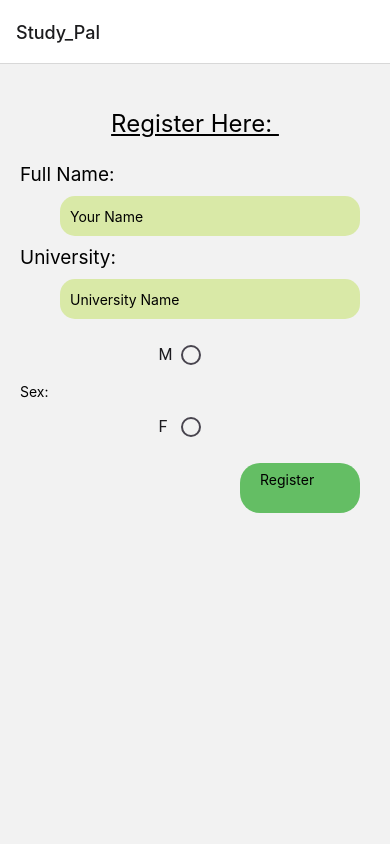
Repository: abdurehmanali611/Study-Pal
Screen: /
These files come from the project's save history. The screen is drawn as it stood at one moment and after a run of saves; the edit follows.
The app was drawn by React Native's web renderer in a window 390 px wide. The project was rebuilt for these pictures with package versions that can differ from the ones it lists, and the page was loaded fresh each time. Also part of the build but not shown: Front_Pages/Home.js, Screens/Softwareeng.js, Screens/Computersci.js, Screens/Informationsci.js, Screens/Informationtech.js, Screens/Softwarecards.js, Screens/Computercards.js, Screens/Sciencecards.js and 4 more.

Above is the screen before, as saved 2024-01-23 22:14:31.

### App.js
import { createStackNavigator } from "@react-navigation/stack";
import { NavigationContainer } from "@react-navigation/native";
import Sign_Up from "./Front_Pages/Sign_Up";
import Home from "./Front_Pages/Home";
import Softwareeng from "./Screens/Softwareeng";
import Computersci from "./Screens/Computersci";
import Informationsci from "./Screens/Informationsci";
import Informationtech from "./Screens/Informationtech";
import Softwarecards from "./Screens/Softwarecards";
import Computercards from "./Screens/Computercards";
import Sciencecards from "./Screens/Sciencecards";
import Technologycards from "./Screens/Technologycards";
import About_Us from "./Profile_pages/About_Us";
import Contacts from "./Profile_pages/Contacts";
import Setting from "./Profile_pages/Setting";

const stack = createStackNavigator();

const App = () => {

  return  <NavigationContainer>
       <stack.Navigator initialRouteName="Sign">
       <stack.Screen name="Sign" component={Sign_Up} options={{title: 'Study_Pal'}} />
       <stack.Screen name ="Home" component={Home} options={{title: 'Study_Pal'}}/>
       <stack.Screen name="software" component={Softwareeng} options={{title: 'Study_Pal'}}/>
       <stack.Screen name="softwarecard" component={Softwarecards} options={{title: 'Study_Pal'}}/>
       <stack.Screen name="computer" component={Computersci} options={{title: 'Study_Pal'}}/>
       <stack.Screen name="computercard" component={Computercards} options={{title: 'Study_Pal'}}/>
       <stack.Screen name="information" component={Informationsci} options={{title: 'Study_Pal'}}/>
       <stack.Screen name="informationcard" component={Sciencecards} options={{title: 'Study_Pal'}}/>
       <stack.Screen name="technology" component={Informationtech} options={{title: 'Study_Pal'}}/>
       <stack.Screen name="technologycard" component={Technologycards} options={{title: 'Study_Pal'}}/>
       <stack.Screen name="about" component={About_Us} options={{title: 'Study_Pal'}}/>
       <stack.Screen name="contact" component={Contacts} options={{title: 'Study_Pal'}}/>
       <stack.Screen name="setting" component={Setting} options={{title: 'Study_Pal'}}/>
       </stack.Navigator>
   </NavigationContainer>
}

export default App

### Front_Pages/Sign_Up.js
import { View, Text, TextInput, StyleSheet, ScrollView, TouchableOpacity, Alert } from 'react-native'
import React, { useState, useLayoutEffect } from 'react'
import {RadioButton} from 'react-native-paper'

const Sign_Up = ({navigation}) => {

   const [sex, setSex] = useState('')
   const [name, setName] = useState('')
   const [university, setUniversity] = useState('')

   const register = () => {

      if (name == '' || name.startsWith('_') ) {

        Alert.alert(
            'Invalid Input',
            'You have entered an invalid input',
            [
                {text: 'OK'}
        ]
        )
      }else {
           navigation.navigate('Home')
      }
   }

  return <ScrollView
      showsVerticalScrollIndicator = {false}
      style = {styles.overall}>
         <View style = {styles.title}>
            <Text style = {styles.texttitle}>Register Here: </Text>
         </View>
         <View>
            <Text style = {styles.objecttext}>Full Name: </Text>
            <TextInput
            value={name}
            onChangeText={(newname) => setName(newname)}
            style = {styles.textinput}
            placeholder='Your Name'
            textContentType='name'
            />
         </View>
         <View>
            <Text style = {styles.objecttext}>University: </Text>
            <TextInput
            value={university}
            onChangeText={(newuniversity) => setName(newuniversity)}
            style = {styles.textinput}
            placeholder='University Name'
            textContentType='name'
            />
         </View>
         <View style = {{flexDirection: 'row', alignItems: 'center'}}>
            <View>
               <Text>Sex: </Text>
            </View>
            <View>
          <RadioButton.Group
          value={sex}
          onValueChange={(yoursex) => setSex(yoursex)}
          >
             <RadioButton.Item
             style = {styles.radiogroup}
             label='M'
             value='male'
             color='green'
             />
             <RadioButton.Item
             style = {styles.radiogroup}
             label='F'
             value='female'
             color='red'
             />
          </RadioButton.Group>
          </View>
         </View>
         <View>

         </View>
         <View>
          <TouchableOpacity
          style = {styles.press}
          onPress={register}
          >
             <Text>
                Register
             </Text>
          </TouchableOpacity>
         </View>
        </ScrollView>

}

const randomRGB = () => {

   const red = Math.floor(Math.random() * 256)
   const green = Math.floor(Math.random() * 256)
   const blue = Math.floor(Math.random() * 256)

   return `rgb(${red},${green}, ${blue})`
}

const styles = StyleSheet.create ({

    overall : {
       marginVertical: 30,
       marginHorizontal: 20
    },
    title : {
        alignItems: 'center',
        marginVertical: 15
    },
    texttitle : {
        fontSize: 24,
        textDecorationLine: 'underline'
    },
    objecttext : {
        fontSize: 19,
        marginVertical: 10
    },
    textinput : {
        marginHorizontal: 40,
        borderRadius: 15,
        backgroundColor: randomRGB(),
        width: 300,
        height: 40,
        paddingLeft: 10
    },
    radiogroup : {
      marginHorizontal: 90,
      marginVertical: 10
    },
    press : {
      marginHorizontal: 220,
      borderRadius: 20,
      backgroundColor: `rgb(100,190,100)`,
      height: 50,
      width: 120,
      paddingLeft: 20,
      paddingTop: 8
    }
})

export default Sign_Up

After the next 2 saves:
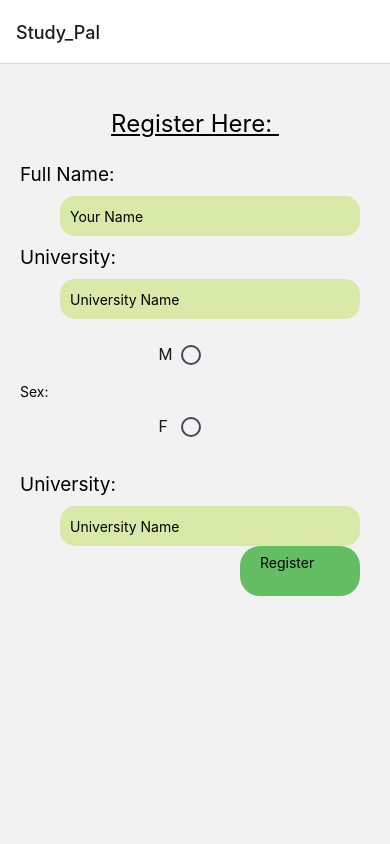
The 2 saves are shown as one change because they came seconds apart.
The last was saved 79 s later.
--- a/Front_Pages/Sign_Up.js
+++ b/Front_Pages/Sign_Up.js
@@ -75,7 +75,16 @@ const Sign_Up = ({navigation}) => {
           </View>
          </View>
          <View>
-
+         <View>
+            <Text style = {styles.objecttext}>University: </Text>
+            <TextInput
+            value={university}
+            onChangeText={(newuniversity) => setName(newuniversity)}
+            style = {styles.textinput}
+            placeholder='University Name'
+            textContentType='name'
+            />
+         </View>
          </View>
          <View>
           <TouchableOpacity
